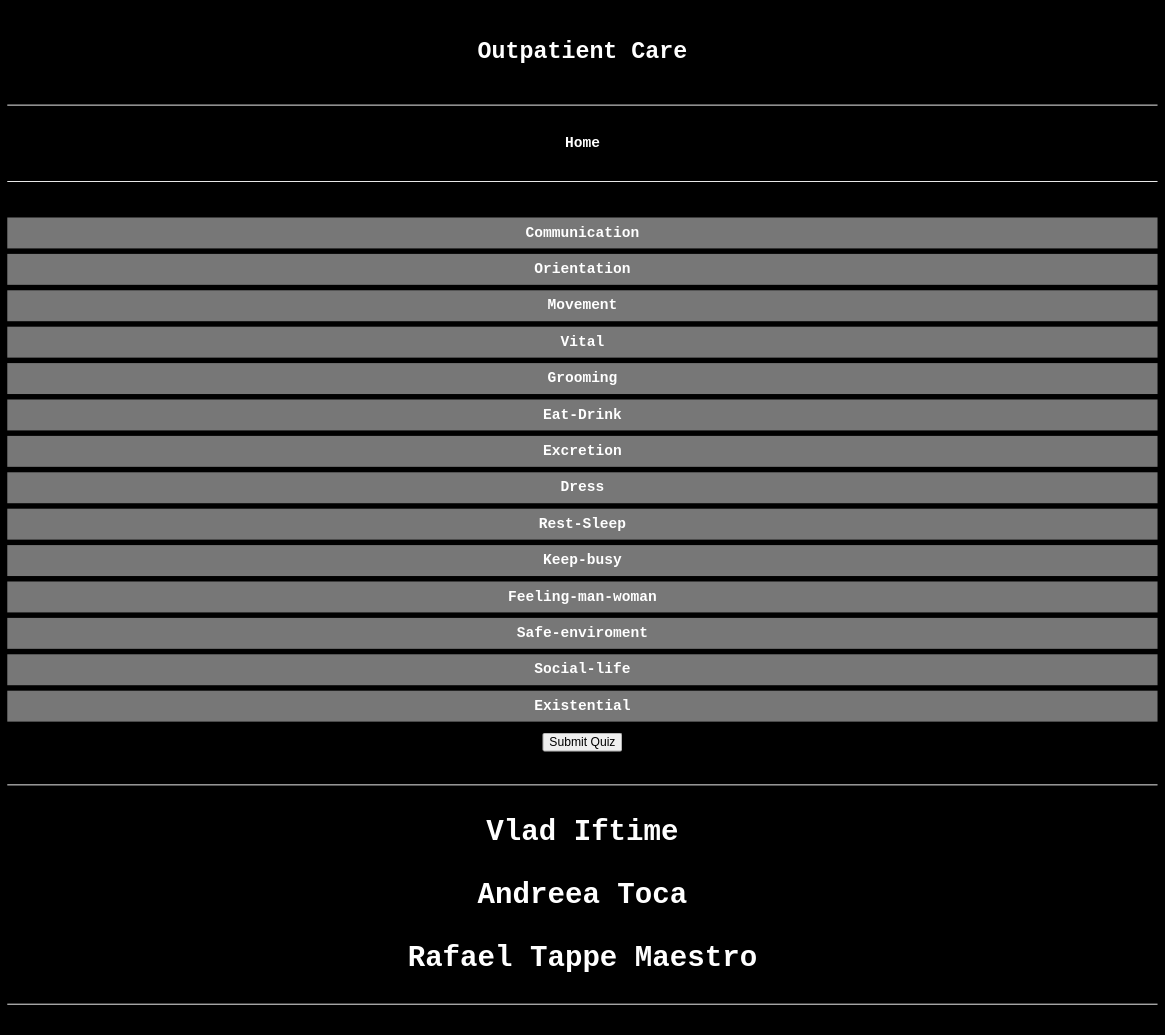
Repository: VladIftime/KnowledgeTechnology2019
Page: src/front/index.html
The author's editor kept a copy of each file at every save. The page is drawn from the files as they stood at one save, then again after the next save.
The browser window is 1280 px wide. The pictures show the whole page, at 91% of full size.

Above is the page before, as saved 2020-01-11 20:15:06.

### src/front/index.html
<!DOCTYPE html>
<html lang="en">
    <head>
        <meta charset="UTF-8">
        <meta name="description" content="This is a knowledge base and inference system. It classifies a patient's need for outpatient care.">
        <meta name="keywords" content="Outpatient, Care, knowledge, base, technology, inference">
        <meta name="viewport" content=" classth=device- classth, initial-scale=1.0">
        <title>Outpatient Care</title>

        <link rel="stylesheet" href="style.css">
        <link rel="icon" type="image/png" href="favicon.png">

        <script src="questions.js" async></script>
        <script src="inference.js" async></script>
        <script src="collapsible.js" async></script>
    </head>

    <body>
        <header>
            <h1>
                <span class=brokenLine>Outpatient<br>Care</span>
                <span class=oneLine>Outpatient Care</span>
            </h1>
        </header>
        <nav>
            <hr>
            <p style="font-size:50%;"><a href="http://localhost:8000/">Home</a></p>
            <hr>
        </nav>
        <article>
            <section id=HealthAreas></section>
        </article>
            <div id = warning style="display: none;">Please answers all the questions first</div>
            <button id= submit >Submit Quiz</button>
            <div id = Result></div>
        <footer>
            <hr>
            <p><a href="https://github.com/VladIftime/">Vlad Iftime</a></p>
            <p><a href="https://github.com/AndreeaToca/">Andreea Toca</a></p>
            <p><a href="https://github.com/Wehzie/">Rafael Tappe Maestro</a></p>
            <hr>
        </footer>
    </body>
</html>

### src/front/style.css
html {
    font-family: "Courier New", Courier, monospace;
    color: white;
    background-color:  black;
}

.brokenLine {font-size: 5vw;}
.oneLine {display: none;}

@media screen and (min-width: 5cm) {
    .brokenLine {display: none;}
    .oneLine {font-size: 2vw; display: block}
}

body {
    font-size: 2em;
    text-align: center;
}

nav {
    font-weight: bold;
}

footer {
    font-weight: bold;
}

a:visited {
    color: white;
    background-color: transparent;
    text-decoration: none;
}

a:link {
    color: white;
    background-color: transparent;
    text-decoration: none;
}

a:hover {
    color: rgb(139, 208, 251);
    background-color: transparent;
    text-decoration: none;
}

a:active {
    color: white;
    background-color: transparent;
    text-decoration: none;
}

hr {
    display: block;
    height: 1px;
    border: 0;
    border-top: 1px solid white;
    margin: 1em 0;
    padding: 0;
}

.collapse {
    font-family: "Courier New", Courier, monospace;
    font-size: 0.5em;
    font-weight: bold;

    background-color: #777;
    color: white;
    cursor: pointer;
    padding: 0.5em;
    width: 100%;
    border: none;
    text-align: center;
    outline: none;
}

.collapse-active, .collapse:hover {
    background-color: #555;
}

.collapse-content {
    padding: 0 18px;
    display: none;
    overflow: hidden;
    background-color: darkcyan;
}

.q-grid {
    display: grid;
    grid-template-columns: 25vw auto;
}

.q-grid > p {
    text-align: left;
    grid-column: 2;
}

.ans-grid {
    display: grid;
    grid-template-columns: 40vw auto;
}

.ans-box {
    display: block;
    text-align: left;
    grid-column: 2;
}

.font {
    font-size: 50%;
}

### src/front/questions.js
// Question class and objects
let areas = ['Communication','Orientation','Movement','Vital','Grooming',
             'Eat-Drink','Excretion','Dress','Rest-Sleep','Keep-busy',
             'Feeling-man-woman','Safe-enviroment','Social-life','Existential'];


function createSections() {
    let sec = document.getElementById('HealthAreas');
    for (let index = 0; index < areas.length; index++) {
        const element = areas[index];
        let title = element;
        //title[0].toUpperCase();
        sec.innerHTML+='<section id ='+ element + '> <button type="button" class="collapse">'+title+'</button> <div class="collapse-content"> </div> </section>'
    }
}

createSections();

class Question {
    constructor(question, hint, choices, points, classOfQuestion, name) {
        this.question = question;
        this.hint = hint;
        this.choices = choices;
        this.classOfQuestion = classOfQuestion;
        this.name = name;
    }

    showQuestion() {
        let sec = document.getElementById(this.classOfQuestion).getElementsByClassName('collapse-content')[0];
        sec.innerHTML+= '<div class='+this.classOfQuestion+' id='+this.name+'><div class = q-grid><p style="font-size:60%;">' + this.question + '</p></div></div>';
    }

    showChoices() {
        return null;
    }

    display() {
        this.showQuestion();
        this.showChoices();
    }
}

class MultipleChoice extends Question{
    constructor(question, hint, choices, classOfQuestion, name) {
        super(question, hint, choices, '', classOfQuestion, name);
    }

    showChoices() {
        let htmlString = '<div class = ans-grid> <div class = ans-box>';
        for (let index = 0; index < this.choices.length; index++) {
            htmlString += ('<input type=\'radio\' name=' + this.name + ' value= \''  + index + '\'>'+ this.choices[index] + '<br>');
        }
        document.getElementById(this.name).innerHTML += htmlString + '</div> </div>';
    }
}

class MultipleChoiceImpair extends MultipleChoice{
    constructor(question, hint, classOfQuestion, name) {
        super(question, hint, ['Unimpaired', 'Partially impaired', 'Impaired'], classOfQuestion, name);
    }
}

class TickBox extends Question{
    constructor(question, hint, choices, classOfQuestion, name) {
        super(question, hint, choices, '', classOfQuestion, name);
    }

    showChoices() {
        let htmlString = '<div class = ans-grid> <div class = ans-box>';
        for (let index = 0; index < this.choices.length; index++) {
            htmlString += ('<input type=\'checkbox\' name=\'option\' value= \'1\'>' + this.choices[index] + '<br>');
        }
        document.getElementById(this.name).innerHTML += htmlString + '</div> </div>';
    }
}
//Communication
const question1 = new MultipleChoiceImpair('Hearing:','','Communication','question1');
const question2 = new MultipleChoiceImpair('Sight','','Communication','question2');
const question3 = new MultipleChoiceImpair('Speech:','','Communication','question3');
const question4 = new MultipleChoiceImpair('Ability to express feelings and desires:','','Communication','question4');
//Orientation
const question5 = new MultipleChoiceImpair('Temporal orientation:','','Orientation','question5');
const question6 = new MultipleChoiceImpair('Local orientation:','','Orientation','question6');
const question7 = new MultipleChoiceImpair('Personal orientation:','','Orientation','question7');
const question8 = new MultipleChoiceImpair('Situational orientation:','','Orientation','question8');
//Movement
const question9 = new MultipleChoiceImpair('Ability to walk alone:','','Movement','question9');
const question10 = new MultipleChoiceImpair('Ability to stand alone:','','Movement','question10');
const question11 = new MultipleChoiceImpair('Ability to sit alone:','','Movement','question11');
const question12 = new MultipleChoiceImpair('Ability to lay down alone:','','Movement','question12');
const question13 = new MultipleChoiceImpair('Ability to visit infrastracture:','','Movement','question13');
//Vital functions


question1.display();
question2.display();
question3.display();
question4.display();
question5.display();
question6.display();
question7.display();
question8.display();
question9.display();
question10.display();
question11.display();
question12.display();
question13.display();

Loaded but not shown: src/front/collapsible.js (no copy from this time; the picture is the same without it); src/front/inference.js (no copy from this time; the picture is the same without it)

After the next save:
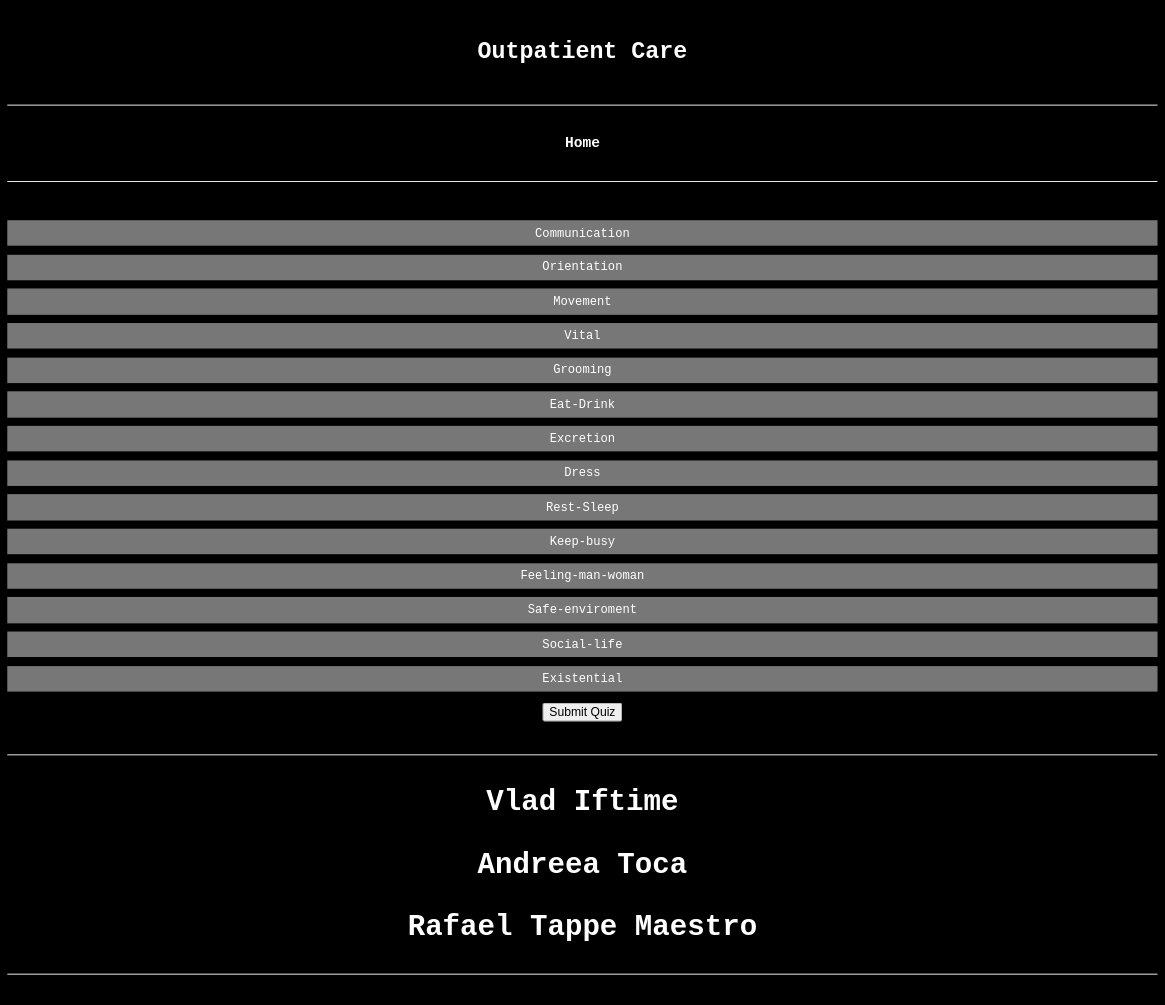
Saved 22 s later.
--- a/src/front/style.css
+++ b/src/front/style.css
@@ -60,7 +60,7 @@
 
 .collapse {
     font-family: "Courier New", Courier, monospace;
-    font-size: 0.5em;
+    <p style="font-size:160%;">
     font-weight: bold;
 
     background-color: #777;

After the 4 saves that followed:
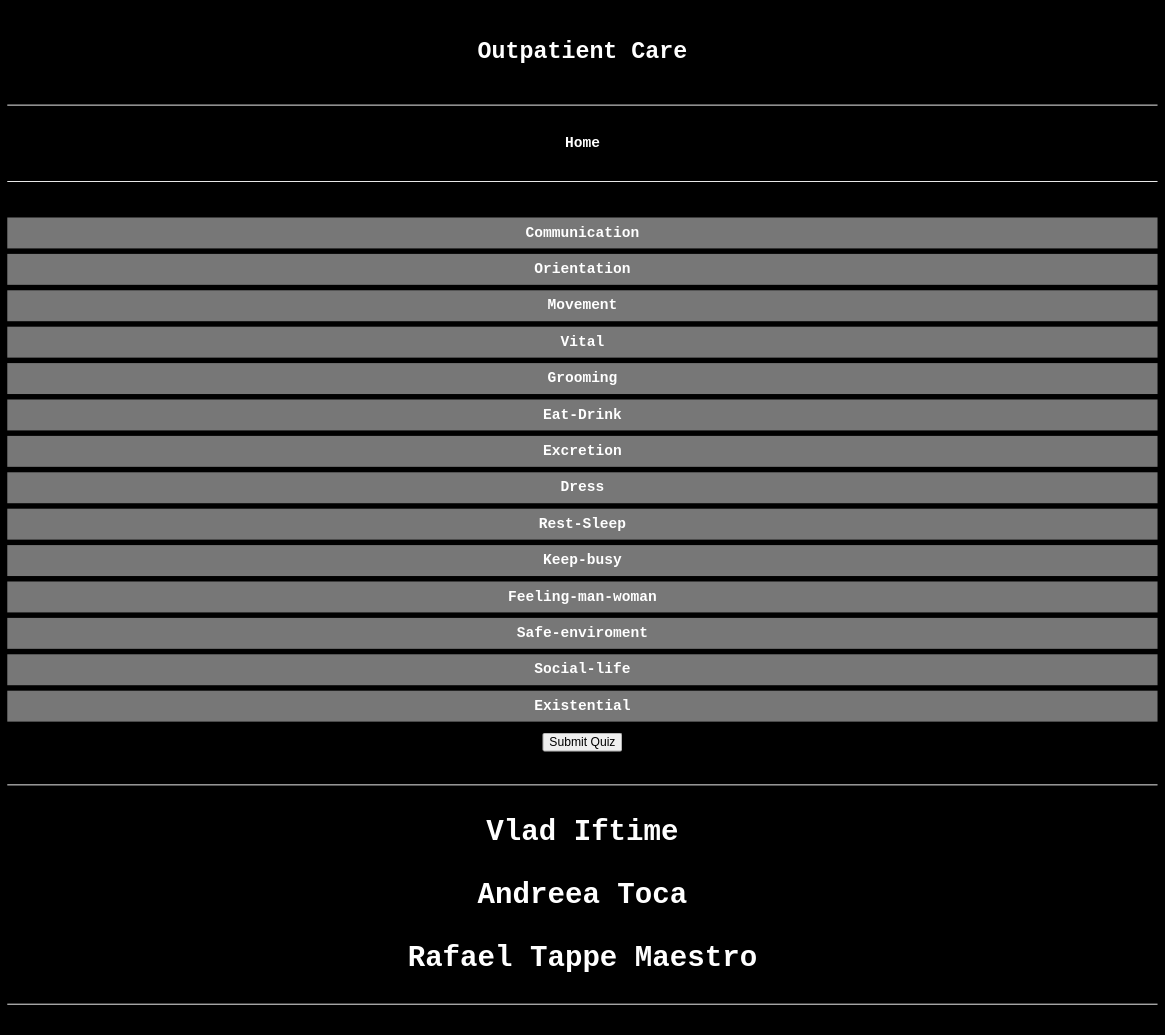
The 4 saves are shown as one change because they came seconds apart.
The last was saved 10 s later.
--- a/src/front/style.css
+++ b/src/front/style.css
@@ -60,7 +60,7 @@
 
 .collapse {
     font-family: "Courier New", Courier, monospace;
-    <p style="font-size:160%;">
+    font-size: 50%;
     font-weight: bold;
 
     background-color: #777;
